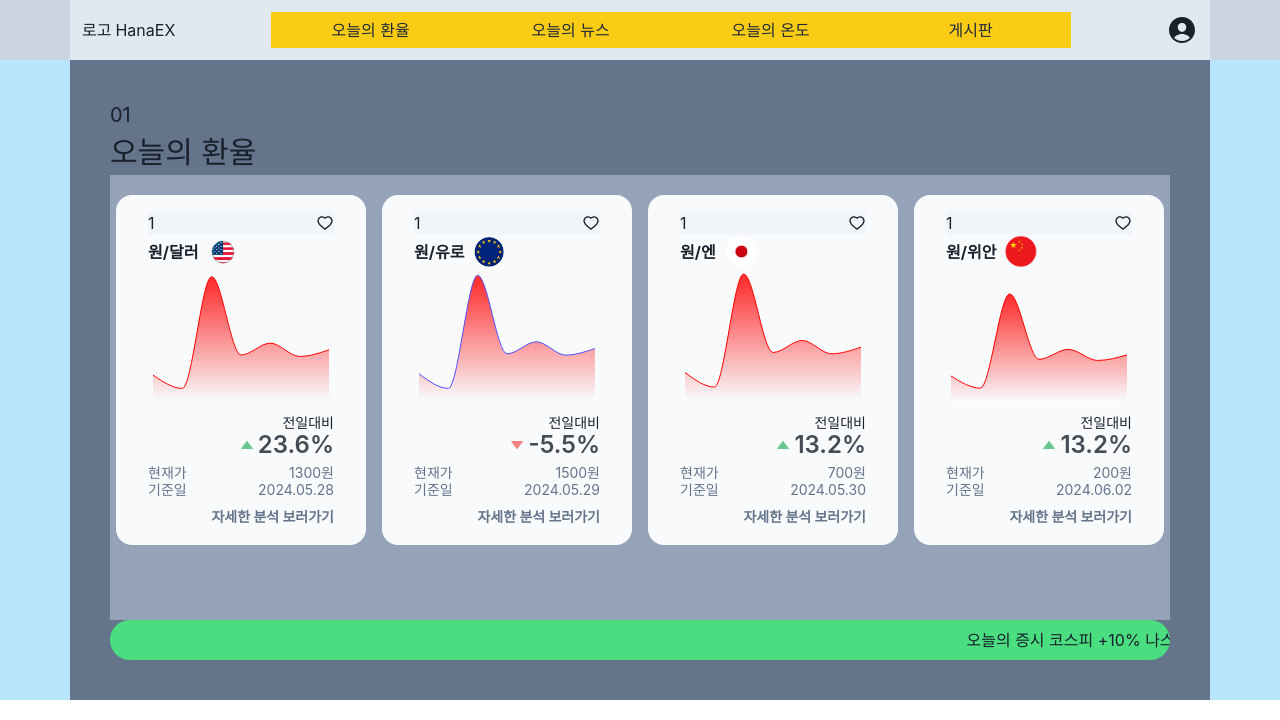
Repository: HANAEX/FRONT
Page: /
The author's editor kept a copy of each file at every save. The page is drawn from the files as they stood at one save, then again after the next save.
The browser window is 1280 px wide. The pictures show the whole page.
The project was rebuilt for these pictures with package versions that can differ from the ones it lists, and the page was loaded fresh each time. Also part of the build but not shown: src/pages/LoginPage.js, src/pages/MyPage.js, src/components/Toggle.js, src/components/SementicCard.js, src/pages/SemanticPage.js, src/components/NewsCard.js, src/pages/NewsPage.js, src/components/CloudChart.js and 6 more.

Above is the page before, as saved 2024-08-13 20:00:57.

After the next save:
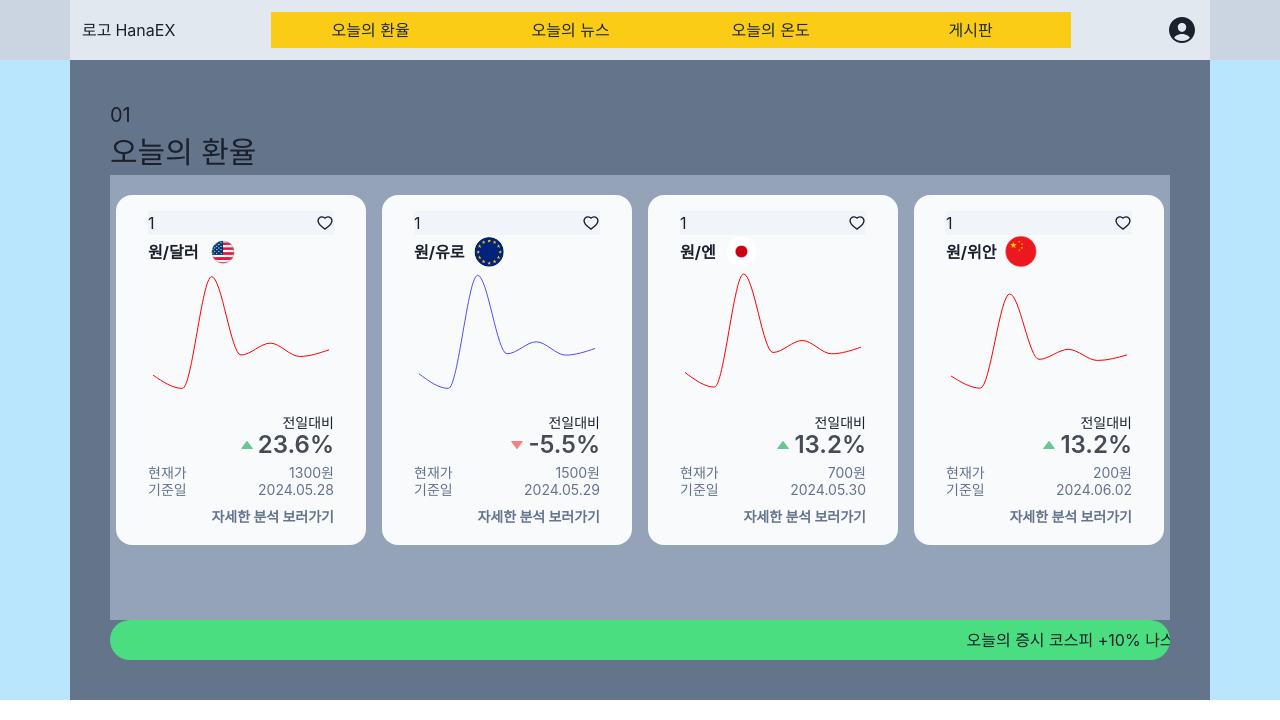
Saved 92 s later.
--- a/src/components/ChartCard.js
+++ b/src/components/ChartCard.js
@@ -45,7 +45,11 @@ const ChartCard = ({ name, increase, imageUrl, currentPrice, date, chartData })
       <ResponsiveContainer width="100%" height="45%">
         <AreaChart width={300} height={100} data={chartData}>
           <defs>
-            <linearGradient id="colorPv" x1="0" y1="0" x2="0" y2="1">
+            {/* <linearGradient id="colorPv" x1="0" y1="0" x2="0" y2="1">
+              <stop offset="5%" stopColor={increase >= 0 ? '#FF0000' : '#524CFF'} stopOpacity={0.8}/>
+              <stop offset="95%" stopColor={increase >= 0 ? '#FF0000' : '#524CFF'} stopOpacity={0}/>
+            </linearGradient> */}
+            <linearGradient id={`colorPv-${increase >= 0 ? 'positive' : 'negative'}`} x1="0" y1="0" x2="0" y2="1">
               <stop offset="5%" stopColor={increase >= 0 ? '#FF0000' : '#524CFF'} stopOpacity={0.8}/>
               <stop offset="95%" stopColor={increase >= 0 ? '#FF0000' : '#524CFF'} stopOpacity={0}/>
             </linearGradient>
